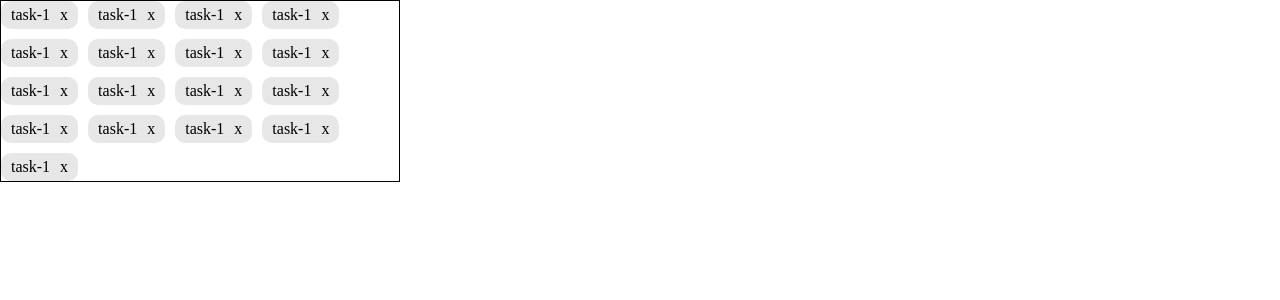
Repository: OkazakiTruong/selectOption
Page: /
The author's editor kept a copy of each file at every save. The page is drawn from the files as they stood at one save, then again after the next save.
The browser window is 1280 px wide. The pictures show the whole page.
The project was rebuilt for these pictures with package versions that can differ from the ones it lists, and the page was loaded fresh each time. Also part of the build but not shown: vite.config.js.

Above is the page before, as saved 2024-01-17 21:03:47.

### src/App.jsx
import React from "react";
import { SelectBoxContainer } from "./SelectBox/SelectBoxContainer";

export default function App() {
  return (
    <div>
      <SelectBoxContainer />
    </div>
  );
}

### src/SelectBox/SelectBoxContainer.jsx
import React from "react";
import "./selectbox.css";

export const SelectBoxContainer = () => {
  return (
    <div>
      <div className="select-input">
        <div className="select-item">
          <span>task-1</span>
          <span className="btn-delete">x</span>
        </div>
        <div className="select-item">
          <span>task-1</span>
          <span className="btn-delete">x</span>
        </div>
        <div className="select-item">
          <span>task-1</span>
          <span className="btn-delete">x</span>
        </div>
        <div className="select-item">
          <span>task-1</span>
          <span className="btn-delete">x</span>
        </div>
        <div className="select-item">
          <span>task-1</span>
          <span className="btn-delete">x</span>
        </div>
        <div className="select-item">
          <span>task-1</span>
          <span className="btn-delete">x</span>
        </div>
        <div className="select-item">
          <span>task-1</span>
          <span className="btn-delete">x</span>
        </div>
        <div className="select-item">
          <span>task-1</span>
          <span className="btn-delete">x</span>
        </div>
        <div className="select-item">
          <span>task-1</span>
          <span className="btn-delete">x</span>
        </div>
        <div className="select-item">
          <span>task-1</span>
          <span className="btn-delete">x</span>
        </div>
        <div className="select-item">
          <span>task-1</span>
          <span className="btn-delete">x</span>
        </div>
        <div className="select-item">
          <span>task-1</span>
          <span className="btn-delete">x</span>
        </div>
        <div className="select-item">
          <span>task-1</span>
          <span className="btn-delete">x</span>
        </div>
        <div className="select-item">
          <span>task-1</span>
          <span className="btn-delete">x</span>
        </div>
        <div className="select-item">
          <span>task-1</span>
          <span className="btn-delete">x</span>
        </div>
        <div className="select-item">
          <span>task-1</span>
          <span className="btn-delete">x</span>
        </div>
        <div className="select-item">
          <span>task-1</span>
          <span className="btn-delete">x</span>
        </div>
        <input className="input"></input>
      </div>
    </div>
  );
};

### src/SelectBox/selectbox.css
.select-input {
  display: flex;
  flex-wrap: wrap;
  width: 400px;
  border: 1px solid black;
  gap: 10px;
}
.select-input .input {
  border: none;
  outline: none;
}
.select-item {
  padding: 5px 10px;
  background-color: #e7e7e7;
  border-radius: 10px;
  display: flex;
  align-items: center;
}
.select-item .btn-delete {
  margin-left: 10px;
}

Loaded but not shown: index.html (common file); src/main.jsx (common file); src/index.css (common file)

After the next save:
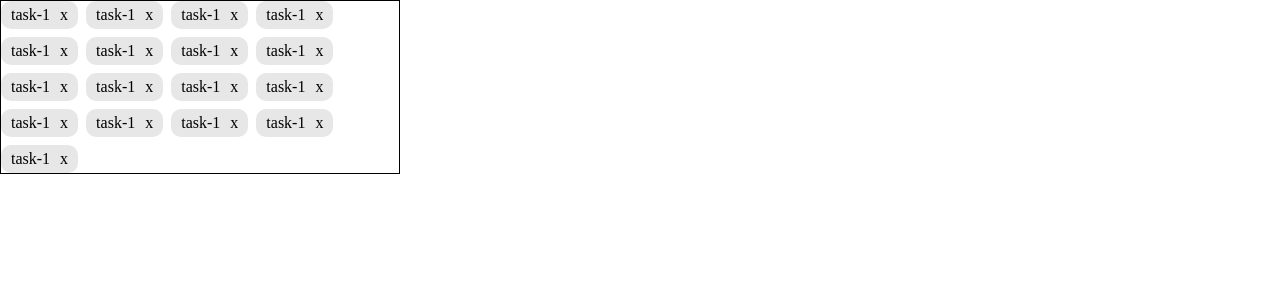
Saved 4 s later.
--- a/src/SelectBox/selectbox.css
+++ b/src/SelectBox/selectbox.css
@@ -3,7 +3,7 @@
   flex-wrap: wrap;
   width: 400px;
   border: 1px solid black;
-  gap: 10px;
+  gap: 8px;
 }
 .select-input .input {
   border: none;
